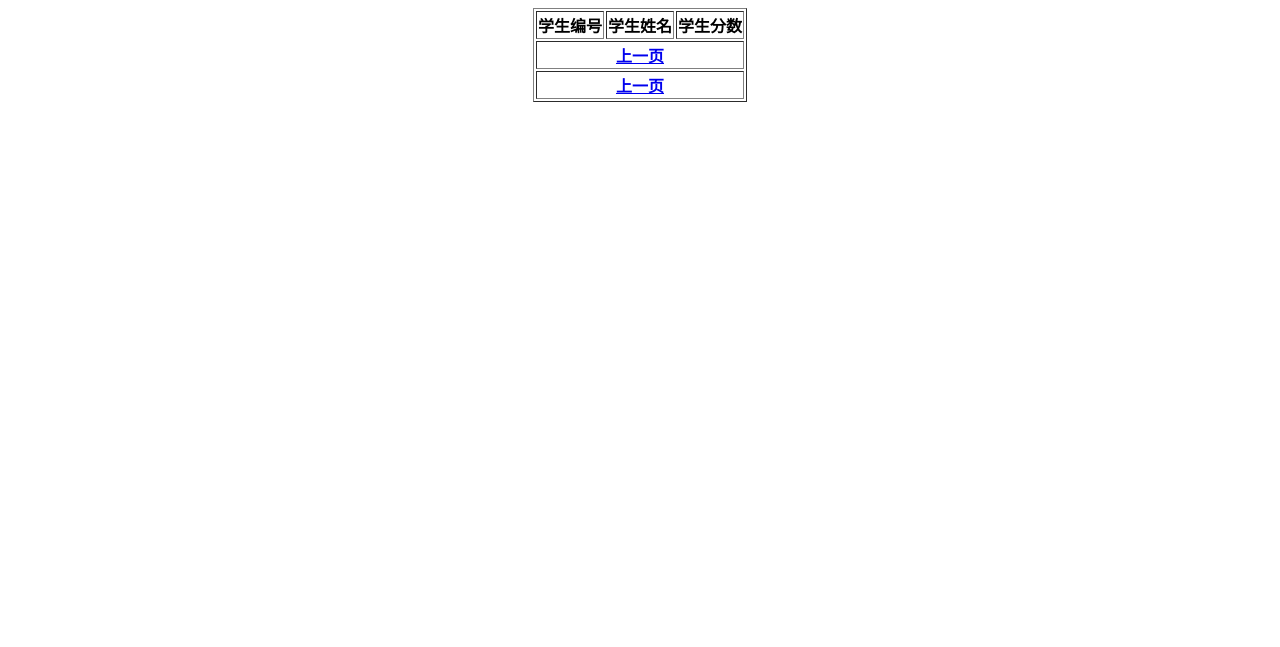
Repository: byuan98/study
Page: http://localhost/day071web/jsp/pagingoptimization.jsp
The author's editor kept a copy of each file at every save. The page is drawn from the files as they stood at one save, then again after the next save.
The browser window is 1280 px wide. The pictures show the whole page.
The page is served by Tomcat 9. Other server files are loaded and not shown. Queries for data that is not in the repository find no rows.

Above is the page before, as saved 2021-03-30 15:22:30.

### day071web/WebContent/jsp/pagingoptimization.jsp
<%@ page language="java" contentType="text/html; charset=UTF-8" pageEncoding="UTF-8"%>
<%@ taglib prefix="core" uri="http://java.sun.com/jsp/jstl/core"%>
<!DOCTYPE html>
<html>
<head>
<meta charset="UTF-8">
<title>分页效果</title>
</head>
<body>
  <core:if test="${empty requestScope.paging}">
    <jsp:forward page="/test/getallstudentpaging"/>
  </core:if>
  <table align="center" border="solid">
    <tr>
      <th>学生编号</th><th>学生姓名</th><th>学生分数</th>
    </tr>
    <core:forEach items="${requestScope.paging.list}" var="stu">
      <tr>
        <td>${stu.stuid}</td>
        <td>${stu.stuname}</td>
        <td>${stu.stuscore}</td>
      </tr>
    </core:forEach>
    <tr>
      <th colspan="5">
        <core:if test="${requestScope.paging.pageNumber!=1}">
          <a href="<core:url value='/test/getallstudentpaging?pageNumber=${requestScope.studentpaging.pageNumber-1}'/>">上一页</a>
        </core:if>
        <core:forEach begin="1" end="${requestScope.paging.pageTotal}" var="pn">
          <core:choose>
            <core:when test="${pn != requestScore.paging.pageNumber}">
              <a href="<core:url value='/test/getallstudentpaging?pageNumber=${pn}'/>">${pn}</a>
            </core:when>
            <core:otherwise>
              <a>[${pn}]</a>
            </core:otherwise>
          </core:choose>
        </core:forEach>
        <core:if test="${requestScope.paging.pageNumber lt requestScope.paging.pageTotal}">
          <a href="<core:url value='/test/getallstudentpaging?pageNumber=${requestScope.paging.pageNumber+1}'/>">下一页</a>
        </core:if>
      </th>
    </tr>



    <tr>
    <%--第二种分页 --%>
          <th colspan="5">
            <core:if test="${requestScope.paging.pageNumber!=1}">
               <a href="<core:url value='/test/getallstudentpaging?pageNumber=${requestScope.paging.pageNumber-1}'/>">上一页</a>
             </core:if>
           <core:set var="num" value="5"/><%--记录页面显示的页数选项 5为最多5页  num为总页数 --%>
           <core:choose>
             <core:when test="${requestScope.paging.pageNumber <num/2}">
               <c:set var="startNum" value="1"></c:set>
             </core:when>
              <core:when test="${requestScope.paging.pageNumber > requestScope.fenye.pageTotal -num/2}">
                <core:set var="startNum" value="${requestScope.paging.pageTotal-num+1}"/>
              </core:when>
               <core:otherwise>
                 <core:set var="startNum" value="${requestScope.paging.pageNumber-num/2+1}"/>
                </core:otherwise>
             </core:choose>
            <core:if test="${startNum<=0}">
              <core:set var="startNum" value="1"/>
             </core:if>
             <core:set var="endNum" value="${startNum+num-1}"/>
            <core:if test="${endNum > requestScope.paging.pageTotal}">
             <core:set var="endNum" value="${requestScope.paging.pageTotal}"/>
                </core:if>
    </tr>
  </table>
</body>
</html>

### day071web/src/dao/StudentDaoInter.java
package dao;

import java.util.ArrayList;

import entity.Student;

public interface StudentDaoInter {
//    查询所有学生
    public ArrayList<Student> getAllStudent();

//    查询所有学生并进行分页，传入两个参数，startIndex起始位置，pageSize每页的显示数量
    public ArrayList<Student> getAllStudentPaging(Integer startIndex, Integer pageSize);


    public Integer getStudentCount();
}

### day071web/src/dao/StudentDao.java
package dao;

import java.sql.Connection;
import java.sql.PreparedStatement;
import java.sql.ResultSet;
import java.sql.SQLException;
import java.util.ArrayList;

import entity.Student;
import util.JdbcUtil;

public class StudentDao implements StudentDaoInter{
    public ArrayList<Student> getAllStudent() {
        Connection con=null;
        PreparedStatement pre=null;
        ResultSet set=null;
        String sql="select * from student";
        ArrayList<Student> allStudent=new ArrayList<Student>();

        try {
            con=JdbcUtil.getConnection();
            pre=con.prepareStatement(sql);
            set=pre.executeQuery();

            while(set.next()) {
                Integer stuid=set.getInt("stuid");
                String stuname=set.getString("stuname");
                Double stuscore=set.getDouble("stuscore");
                allStudent.add(new Student(stuid, stuname, stuscore));
            }
        }catch(SQLException e) {
            throw new RuntimeException(e);
        }finally {
            JdbcUtil.close(con, pre, set);
        }
        return allStudent;
    }


    public ArrayList<Student> getAllStudentPaging(Integer startIndex, Integer pageSize) {
        Connection con=null;
        PreparedStatement pre=null;
        ResultSet set=null;
        String sql="select * from student limit ?,?";
        ArrayList<Student> partStudent=new ArrayList<Student>();
        try {
            con=JdbcUtil.getConnection();
            pre=con.prepareStatement(sql);
            pre.setInt(1, startIndex);//startIndex起始位置
            pre.setInt(2, pageSize);//pageSize每页显示的总数
            set=pre.executeQuery();
            while(set.next()) {
                Integer stuid=set.getInt("stuid");
                String stuname=set.getString("stuname");
                Double stuscore=set.getDouble("stuscore");
                partStudent.add(new Student(stuid, stuname, stuscore));
            }
        }catch(SQLException e) {
            throw new RuntimeException(e);
        }finally {
            JdbcUtil.close(con, pre, set);
        }
        return partStudent;
    }


    public Integer getStudentCount() {
        Connection con=null;
        PreparedStatement pre=null;
        ResultSet set=null;
        String sql="select count(*) count from student";
        Integer count=0;
        try {
            con=JdbcUtil.getConnection();
            pre=con.prepareStatement(sql);
            set=pre.executeQuery();
            if(set.next()) {
                count=set.getInt("count");
            }
        }catch(SQLException e) {
            throw new RuntimeException(e);
        }finally {
            JdbcUtil.close(con, pre, set);
        }
        return count;
    }
}

### day071web/src/util/JdbcUtil.java
package util;

import java.sql.Connection;
import java.sql.DriverManager;
import java.sql.ResultSet;
import java.sql.SQLException;
import java.sql.Statement;

public class JdbcUtil {
    private static final String DRIVER_NAME;
    private static final String URL;
    private static final String USER;
    private static final String PASSWORD;

    static {
        DRIVER_NAME="com.mysql.jdbc.Driver";
        URL="jdbc:mysql://192.168.217.14:3306/study";
        USER="root";
        PASSWORD="root";

        try {
            Class.forName(DRIVER_NAME);
        } catch (ClassNotFoundException e) {
            throw new RuntimeException(e);
        }
    }

    public static Connection getConnection() {
        try {
            return DriverManager.getConnection(URL, USER, PASSWORD);
        } catch (SQLException e) {
            throw new RuntimeException(e);
        }
    }
    public static void close(Connection con, Statement sta, ResultSet set) {
        try {
            if(con!=null) {con.close();}
            if(sta!=null) {sta.close();}
            if(set!=null) {set.close();}
        } catch (SQLException e) {
            throw new RuntimeException(e);
        }
    }

    public static void main(String[] args) {
        Connection con=getConnection();
        System.out.println(con);
        close(con, null, null);
    }
}

### day071web/src/bean/PagingBean.java
package bean;

import java.util.List;

public class PagingBean<E>{//泛型类，此类中涉及到的某个类型是变量
    private Integer pageNumber;//当前页数
    private Integer pageTotal;//总页数
    private Integer pageSize;//每页记录数
    private Integer count;//总记录数
    private Integer startIndex;//起始索引
    private List<E> list;//当前页要显示的记录信息
    private String queryString;//查询条件

    public PagingBean() {

    }
    public PagingBean(Integer pageNumber, Integer pageSize, Integer count, List<E> list) {
        this.pageNumber = pageNumber;//当前页数
        this.pageSize = pageSize;//每页记录数
        this.count = count;//总记录数
        this.list = list;//当前页要显示的记录信息
    }

    public Integer getPageNumber() {
        return pageNumber;
    }
    public void setPageNumber(Integer pageNumber) {
        if(pageNumber<=0) {pageNumber=1;}
        pageNumber=pageNumber>getPageTotal()?getPageTotal():pageNumber;

        this.pageNumber = pageNumber;
    }
    public Integer getPageTotal() {
        return count/getPageSize()+(count%getPageSize()==0?0:1);
    }
//    public void setPageTotal(Integer pageTotal) {//总页数
//        this.pageTotal = pageTotal;
//    }
    public Integer getPageSize() {
        return pageSize;
    }
    public void setPageSize(Integer pageSize) {
        this.pageSize = pageSize;
    }
    public Integer getCount() {
        return count;
    }
    public void setCount(Integer count) {
        this.count = count;
    }
    public Integer getStartIndex() {
        return (pageNumber-1)*pageSize;
    }
//    public void setStartIndex(Integer startIndex) {//起始索引是算出来的不需要set方法
//        this.startIndex = startIndex;
//    }
    public List<E> getList() {
        return list;
    }
    public void setList(List<E> list) {
        this.list = list;
    }
    public String getQueryString() {
        return queryString;
    }
    public void setQueryString(String queryString) {
        this.queryString = queryString;
    }
}

After the next save:
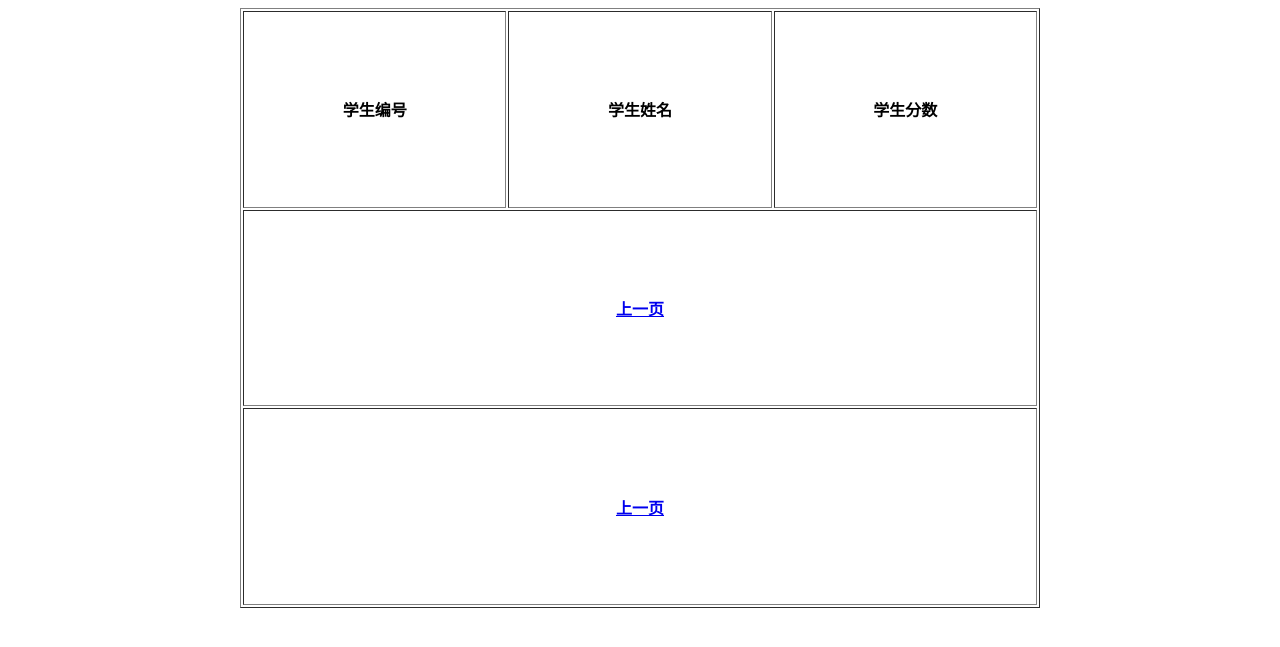
Saved 95 s later.
--- a/day071web/WebContent/jsp/pagingoptimization.jsp
+++ b/day071web/WebContent/jsp/pagingoptimization.jsp
@@ -10,7 +10,7 @@
   <core:if test="${empty requestScope.paging}">
     <jsp:forward page="/test/getallstudentpaging"/>
   </core:if>
-  <table align="center" border="solid">
+  <table align="center" border="solid" height="600px" width="800px">
     <tr>
       <th>学生编号</th><th>学生姓名</th><th>学生分数</th>
     </tr>
